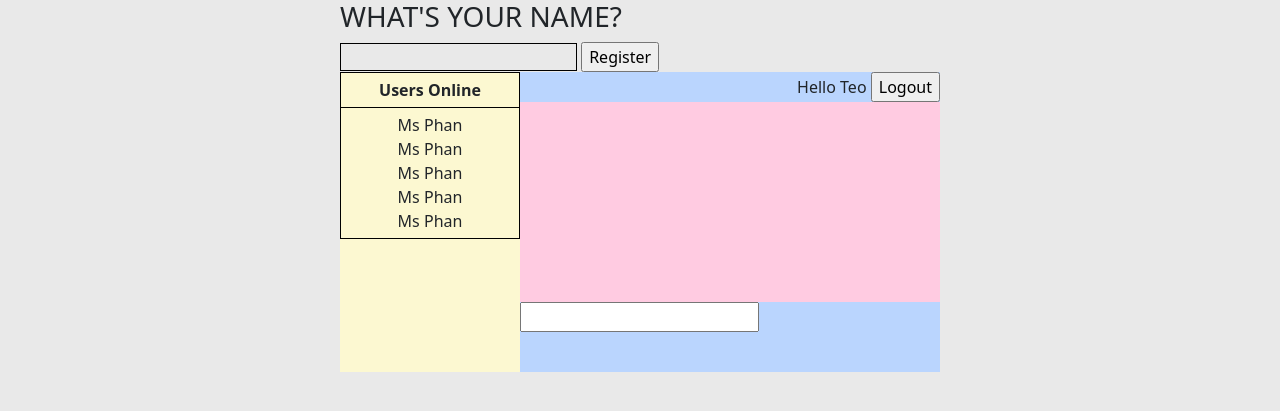
Repository: haimy125/demo_chat
Page: http://localhost/
The author's editor kept a copy of each file at every save. The page is drawn from the files as they stood at one save, then again after the next save.
The browser window is 1280 px wide. The pictures show the whole page.
The page is served by the project's Node server (DEMO_CHAT_SOCKETIO/SERVER.js).

Above is the page before, as saved 2021-08-29 15:42:36.

### DEMO_CHAT_SOCKETIO/views/trangchu.ejs
<!DOCTYPE html>
<html lang="en">

<head>
    <meta charset="UTF-8">
    <meta http-equiv="X-UA-Compatible" content="IE=edge">
    <meta name="viewport" content="width=device-width, initial-scale=1.0">
    <title>demo chat</title>
    <link href="https://cdn.jsdelivr.net/npm/bootstrap@5.0.2/dist/css/bootstrap.min.css" rel="stylesheet" integrity="sha384-EVSTQN3/azprG1Anm3QDgpJLIm9Nao0Yz1ztcQTwFspd3yD65VohhpuuCOmLASjC" crossorigin="anonymous">
    <script src="https://cdn.jsdelivr.net/npm/@popperjs/core@2.9.2/dist/umd/popper.min.js" integrity="sha384-IQsoLXl5PILFhosVNubq5LC7Qb9DXgDA9i+tQ8Zj3iwWAwPtgFTxbJ8NT4GN1R8p" crossorigin="anonymous"></script>
    <script src="https://cdn.jsdelivr.net/npm/bootstrap@5.0.2/dist/js/bootstrap.min.js" integrity="sha384-cVKIPhGWiC2Al4u+LWgxfKTRIcfu0JTxR+EQDz/bgldoEyl4H0zUF0QKbrJ0EcQF" crossorigin="anonymous"></script>

    <script src="jquery.js"></script>
    <script src="socket.io/socket.io.js"></script>
    <link rel="stylesheet" href="layout.css">
    <script src="xuly.js">
    </script>
</head>

<body>
    <div class="container">
        <div id="wrapper">
            <div id="loginForm">
                <h3>WHAT'S YOUR NAME?</h3>
                <input type="text" id="txtUsername">
                <input type="button" value="Register" id="btnRegister" />
            </div>
            <div id="chatForm">
                <div id="left">
                    <div id="boxTitle">Users Online</div>
                    <div id="boxContent">
                        <div class="userOnline">Ms Phan</div>
                        <div class="userOnline">Ms Phan</div>
                        <div class="userOnline">Ms Phan</div>
                        <div class="userOnline">Ms Phan</div>
                        <div class="userOnline">Ms Phan</div>
                    </div>
                </div>
                <div id="right">
                    <div id="sayHi">Hello <span id="currentUser">Teo</span>
                        <input type="button" value="Logout" id="btnLogout">
                    </div>

                    <div id="listMessage"></div>

                    <div>
                        <input type="text" id="txtMessgae" placeholder="">
                    </div>
                </div>
            </div>
        </div>
    </div>
</body>

</html>

### DEMO_CHAT_SOCKETIO/SERVER.js
var express = require('express'); //phai require thu vien express moi chay
var app = express(); //khai bao server
app.use(express.static("public")); //can file js, css nen khai bao the nay de all file trong public la khach hang truy cap duoc het

app.set("view engine", "ejs"); //
app.set("views", "./views");
var server = require('http').Server(app); //dựng server
var io = require('socket.io')(server);
server.listen(3000);


app.get('/', function(req, res) {
    res.render('trangchu');
});

### DEMO_CHAT_SOCKETIO/public/layout.css
body {
    background-color: #e9e9e9;
}

#wrapper {
    width: 600px;
    margin: 0 auto;
}

#txtUsername {
    background-color: transparent;
    border: solid 1px black;
    /* border-width: 0 0 1 0; */
}

#left,
#right {
    min-height: 300px;
}

#left {
    width: 30%;
    float: left;
    background-color: #fcf8d1;
}

#right {
    width: 70%;
    float: right;
    background-color: #bad5fe;
}

#boxTitle {
    border: solid 1px black;
    padding: 5px;
    text-align: center;
    font-weight: bold;
}

#boxContent {
    border: solid 1px black;
    border-top: none;
    padding: 5px;
    text-align: center;
}

#sayHi {
    text-align: right;
}

#listMessage {
    height: 200px;
    background-color: #ffcbe1;
}

### DEMO_CHAT_SOCKETIO/public/xuly.js
$(document).ready(function() {
    // alert('a');
});

Loaded but not shown: DEMO_CHAT_SOCKETIO/public/jquery.js (library)

After the next save:
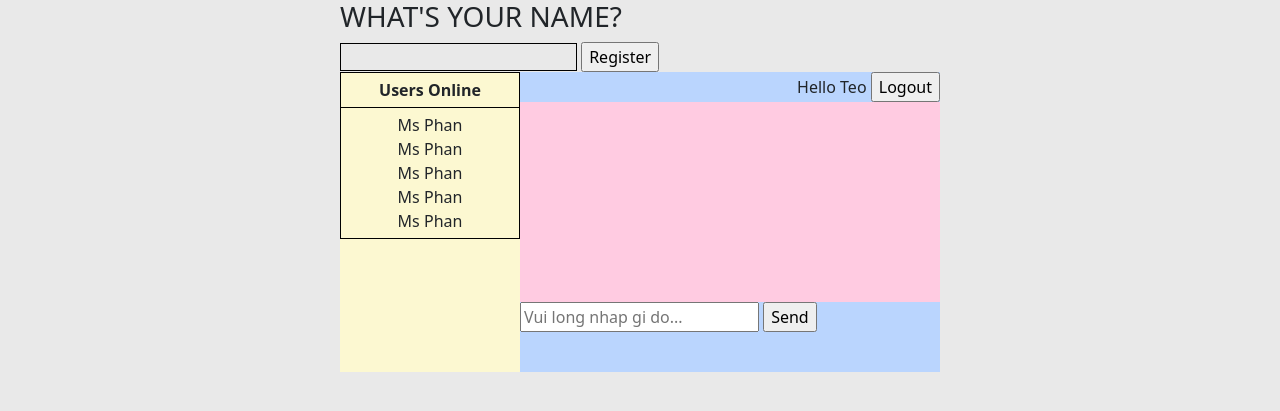
Saved 4 min 17 s later.
--- a/DEMO_CHAT_SOCKETIO/views/trangchu.ejs
+++ b/DEMO_CHAT_SOCKETIO/views/trangchu.ejs
@@ -44,7 +44,8 @@
                     <div id="listMessage"></div>
 
                     <div>
-                        <input type="text" id="txtMessgae" placeholder="">
+                        <input type="text" id="txtMessgae" placeholder="Vui long nhap gi do...">
+                        <input type="button" id="btnSendMessage" value="Send">
                     </div>
                 </div>
             </div>
